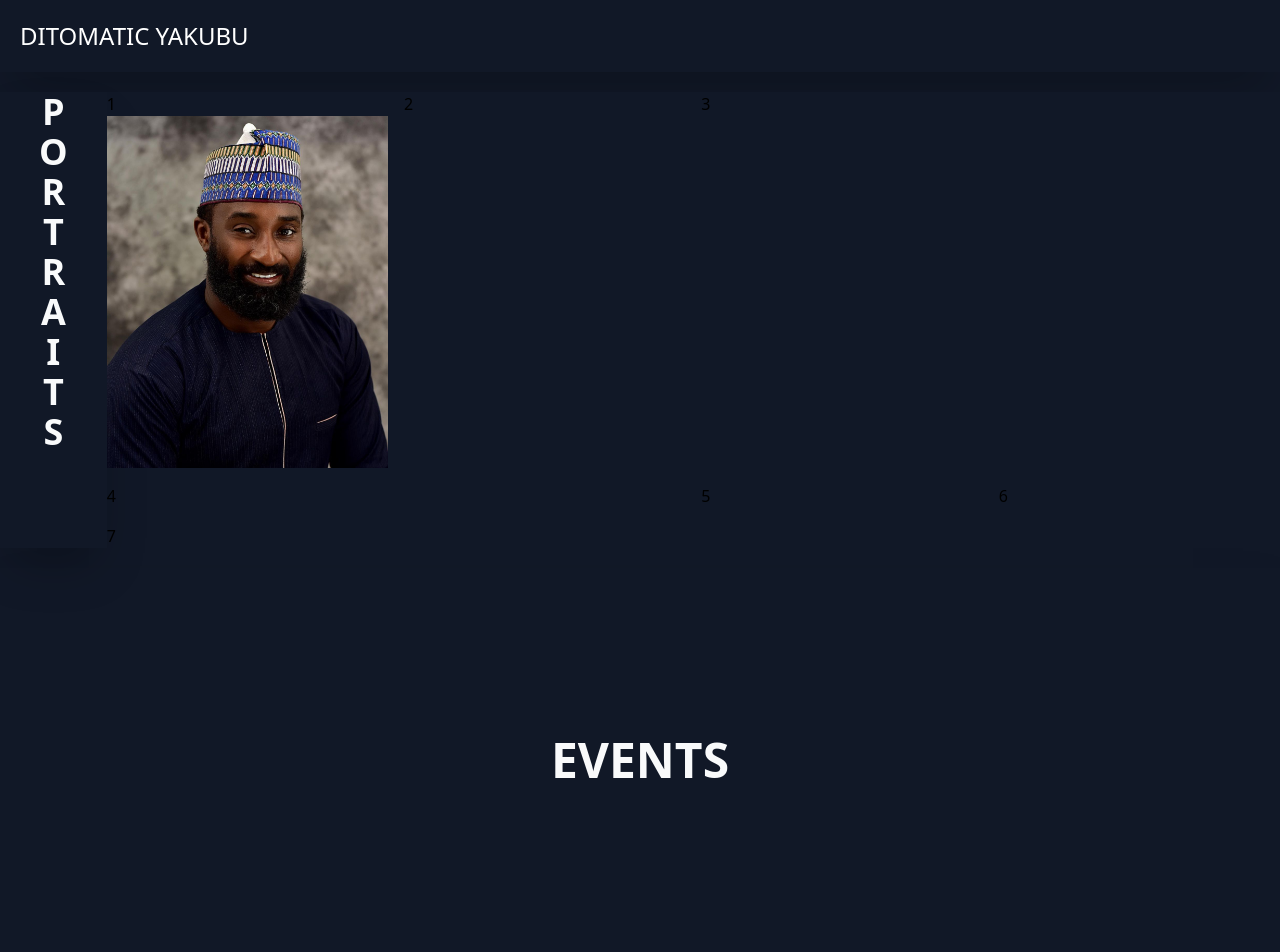
Repository: latenightsnacc/Ditomatic-Demo
Page: home.html
The author's editor kept a copy of each file at every save. The page is drawn from the files as they stood at one save, then again after the next save.
The browser window is 1280 px wide. The pictures show the whole page.
Some web libraries are served in a nearby version.

Above is the page before, as saved 2021-02-24 12:51:34.

### home.html
<!DOCTYPE html>
<html lang="en" class="bg-gray-900">
<head>
    <meta charset="UTF-8">
    <meta name="viewport" content="width=device-width, initial-scale=1.0">
    <!--Tailwind 2.0.2-->
    <link href="https://cdnjs.cloudflare.com/ajax/libs/tailwindcss/2.0.2/tailwind.min.css" rel="stylesheet">
    <!--Font Awesome 5.15.1-->
    <link rel="stylesheet" href="https://cdnjs.cloudflare.com/ajax/libs/font-awesome/5.15.1/css/all.min.css" integrity="sha512-+4zCK9k+qNFUR5X+cKL9EIR+ZOhtIloNl9GIKS57V1MyNsYpYcUrUeQc9vNfzsWfV28IaLL3i96P9sdNyeRssA==" crossorigin="anonymous" />
    <!-- Bootstrap 5.0.0 Beta-->
    <!-- <link href="https://cdn.jsdelivr.net/npm/bootstrap@5.0.0-beta1/dist/css/bootstrap.min.css" rel="stylesheet" integrity="sha384-giJF6kkoqNQ00vy+HMDP7azOuL0xtbfIcaT9wjKHr8RbDVddVHyTfAAsrekwKmP1" crossorigin="anonymous" /> -->
    <!--Page Title-->
    <title>Ditomatic Fotografy</title>
    <style>
        .zoom {

          transition: transform .2s; /* Animation */

        }

        .zoom:hover {
          transform: scale(2.5); /* (250% zoom - Note: if the zoom is too large, it will go outside of the viewport) */

        }
        </style>
</head>
<body>
    <!--Header-->
    <header>
        <nav class="container-sm p-5 shadow-2xl flex flex-row justify-between">
            <a href="home.html" class="text-white uppercase text-2xl">Ditomatic Yakubu</a>
            <ul></ul>
        </nav>
    </header>
    <!--End of Header-->
    <div class="my-5"></div>
    <!--Large Screen-->
    <div id="large-screen">
        <!--Portrait Section-->
        <section class="bg-gray-900 ">
            <div class="mx-auto">
                <div class="flex flex-row">
                    <div class="w-1/12 shadow-2xl">
                        <ul class="font-bold text-gray-50 text-4xl uppercase text-center">
                            <li>p</li>
                            <li>o</li>
                            <li>r</li>
                            <li>t</li>
                            <li>r</li>
                            <li>a</li>
                            <li>i</li>
                            <li>t</li>
                            <li>s</li>
                        </ul>
                    </div>
                    <div class="w-11/12">
                        <div class="grid grid-cols-4 gap-4">
                            <div class="...">1
                                <img src="images/malePortrait.jpg" alt="">
                            </div>
                            <div class="...">2</div>
                            <div class="...">3</div>
                            <div class="col-span-2 ...">4</div>
                            <div class="...">5</div>
                            <div class="...">6</div>
                            <div class="col-span-2 ...">7</div>
                        </div>
                    </div>

                    <div class="my-2"></div>

                </div>
            </div>
        </section>
        <!--End of Portrait Section-->
        <div class="my-5"></div>

        <!--Event Section-->
        <section class="bg-gray-900 shadow-2xl">
            <div class="mx-auto">
                <div class="flex flex-row items-center justify-center h-96">
                    <h2 class="font-bold text-gray-50 text-5xl uppercase">events</h2>
                </div>
            </div>
        </section>
        <!--End of Event Section-->
    </div>

</body>
</html>

After the next save:
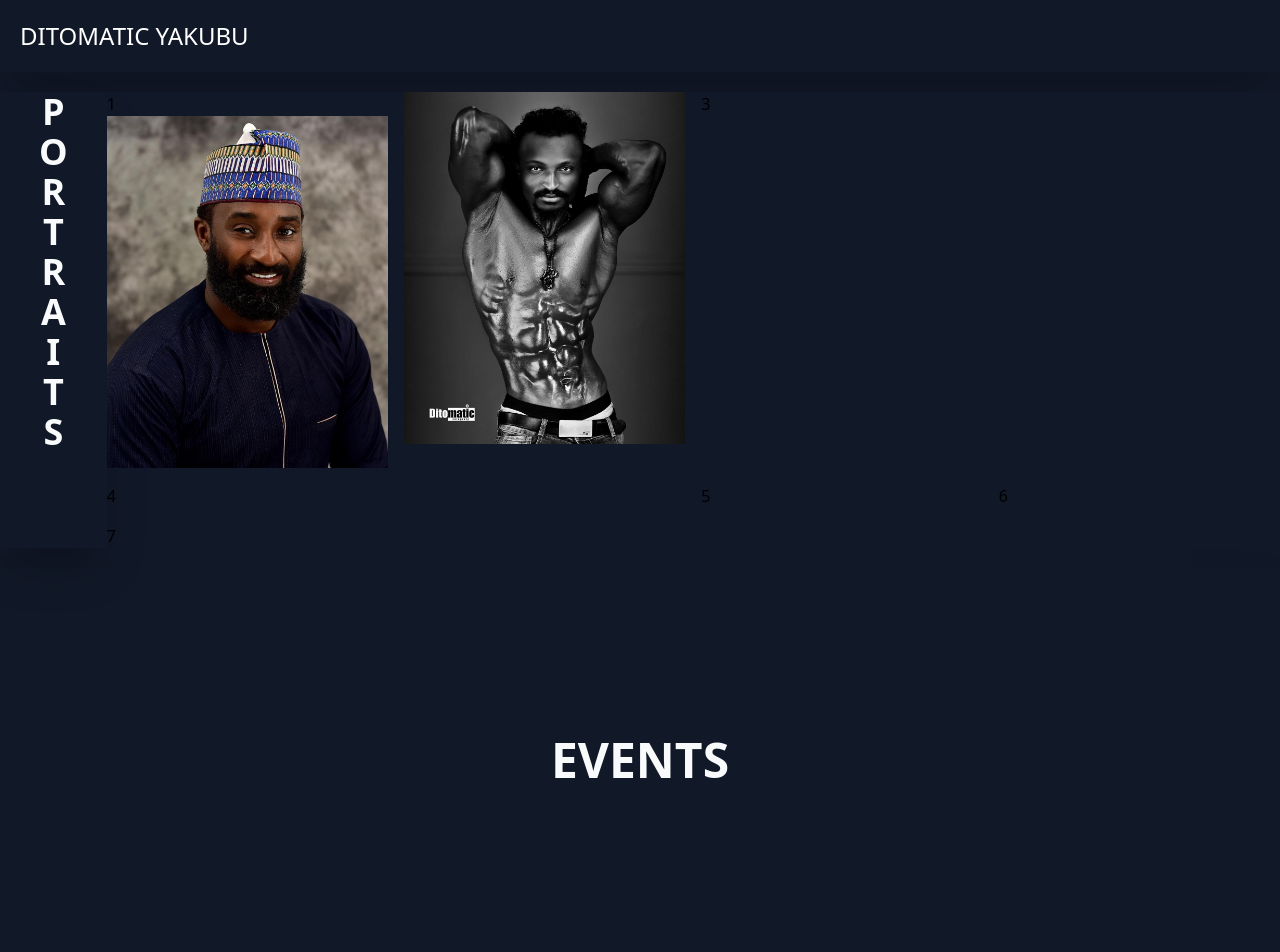
Saved 64 s later.
--- a/home.html
+++ b/home.html
@@ -58,7 +58,9 @@
                             <div class="...">1
                                 <img src="images/malePortrait.jpg" alt="">
                             </div>
-                            <div class="...">2</div>
+                            <div class="...">
+                                <img src="images/Portrait img.jpg" alt="">
+                            </div>
                             <div class="...">3</div>
                             <div class="col-span-2 ...">4</div>
                             <div class="...">5</div>
